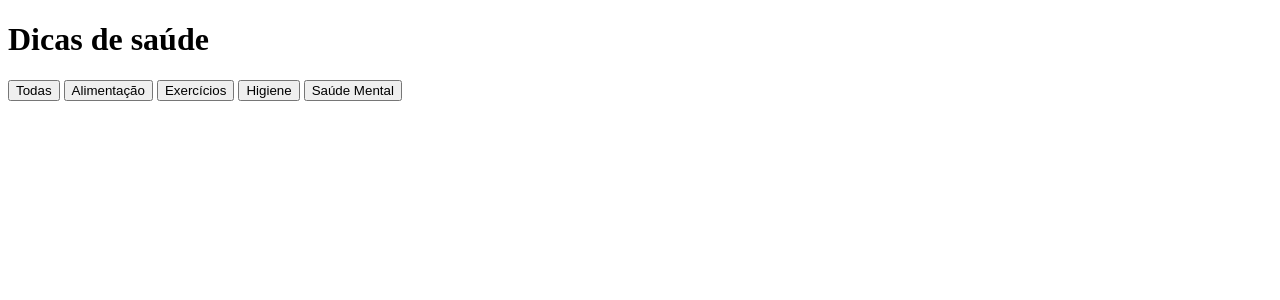
Repository: Cristiane-Sartori14/dicasSaude
Page: index.html
These files come from the project's save history. The page is drawn as it stood at one moment and after the next save; the edit follows.
The browser window is 1280 px wide. The pictures show the whole page.

Above is the page before, as saved 2025-05-18 20:35:16.

After the next save:
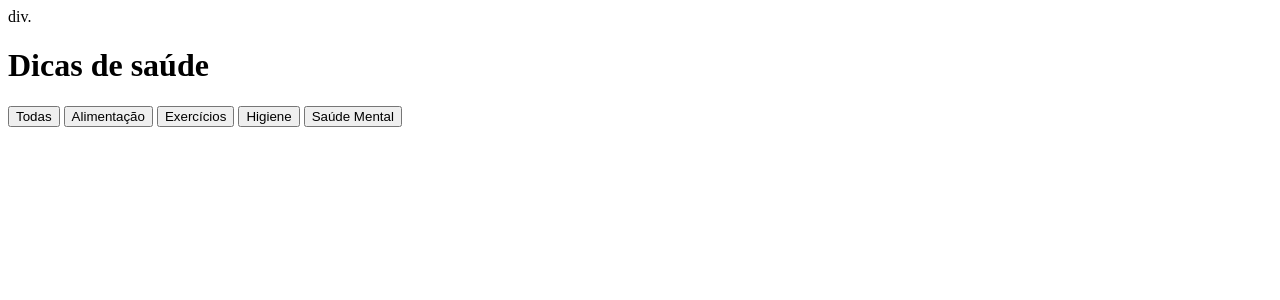
Saved 4 min 33 s later.
--- a/index.html
+++ b/index.html
@@ -7,7 +7,9 @@
     <link rel="stylesheet" href="style.css">
 </head>
 <body>
-    <header>
+    <!--Cabeçalho-->
+    <header class="header">
+        div.
         <h1>Dicas de saúde</h1>
         <div class="filtros">
             <button onclick="filtrarDicas('todas')">Todas</button>
